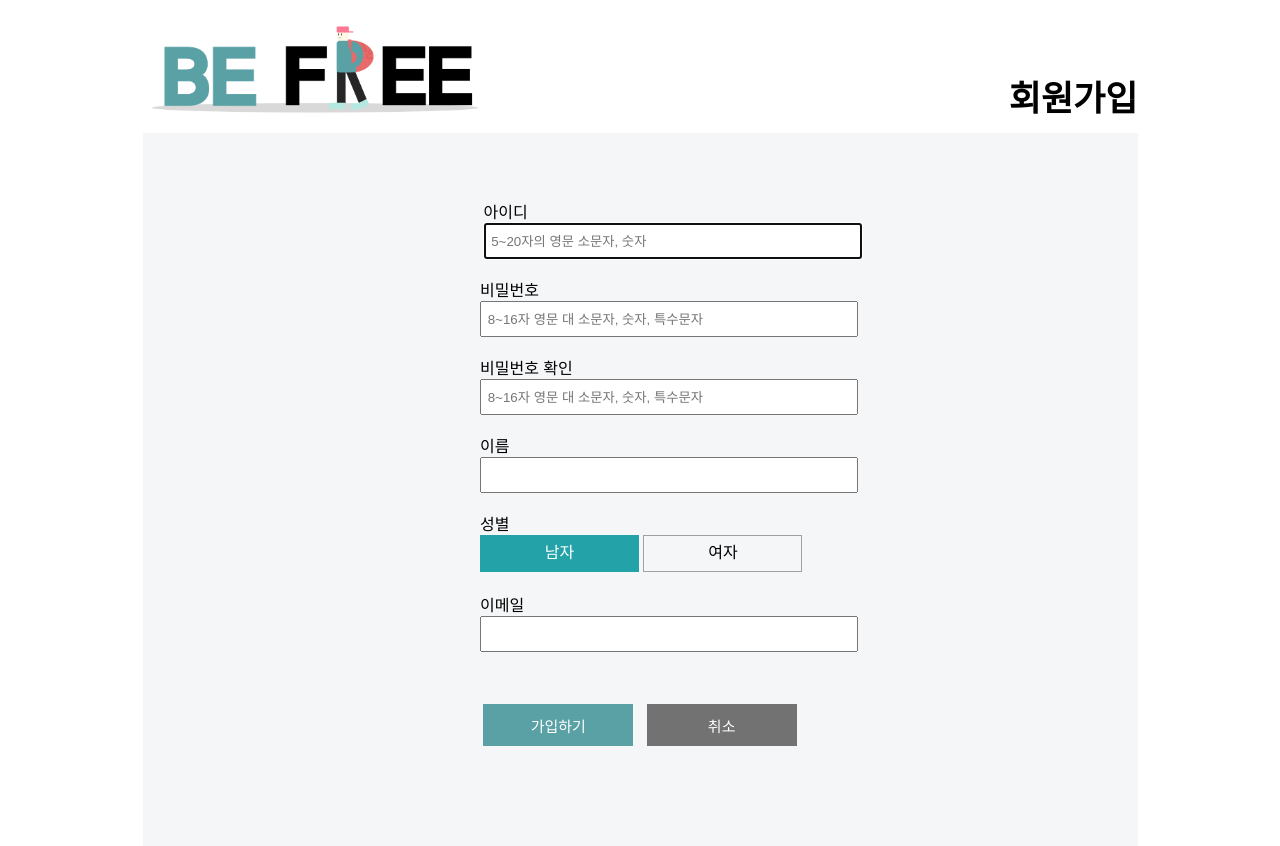
Repository: 1912087/Klavier_Piano
Page: http://localhost/notice/join.jsp
The author's editor kept a copy of each file at every save. The page is drawn from the files as they stood at one save, then again after the next save.
The browser window is 1280 px wide. The pictures show the whole page.
Some web fonts or font styles are not loaded; a fallback is used. The page is served by Tomcat 9.

Above is the page before, as saved 2021-11-08 19:42:18.

After the next save:
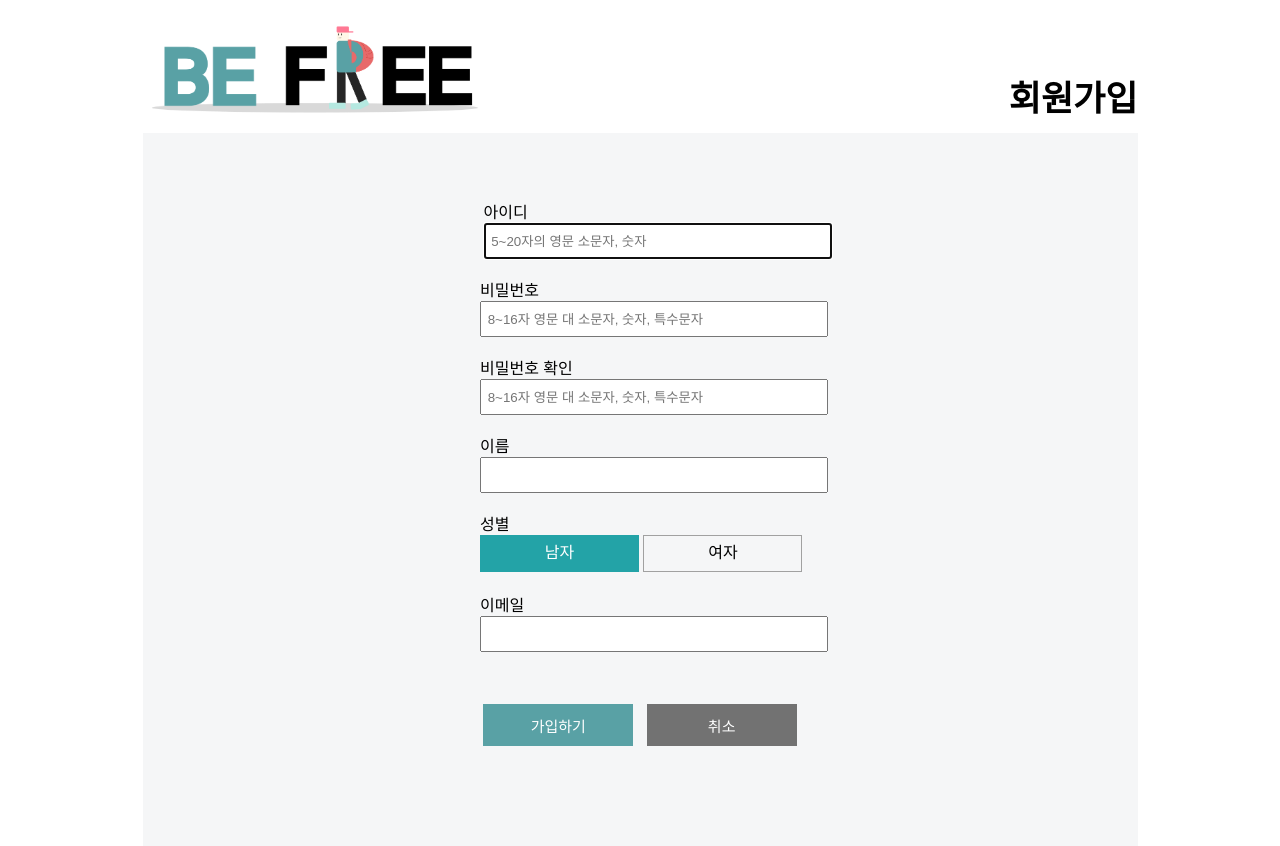
Saved 7 s later.
--- a/Notice/notice/WebContent/join.jsp
+++ b/Notice/notice/WebContent/join.jsp
@@ -17,7 +17,7 @@
             body{font-family: 'Gowun Dodum', sans-serif;}
             ul {list-style-type: none;}
             a {text-decoration: none; color:black;}
-            input {height:30px; width: 370px;}
+            input {height:30px; width: 340px;}
 
             .all {
                 padding-top:15px;
